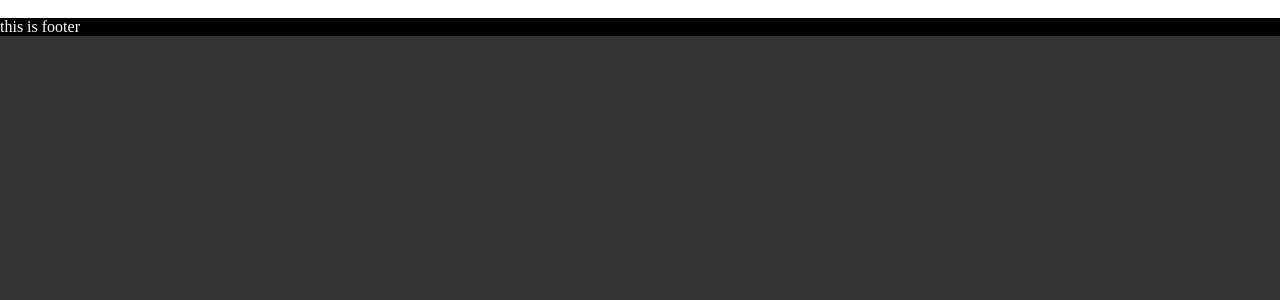
Repository: ksbsh27/multi_lingual
Page: index.html
The author's editor kept a copy of each file at every save. The page is drawn from the files as they stood at one save, then again after a run of saves.
The browser window is 1280 px wide. The pictures show the whole page.
The style sheet was rebuilt from its Sass, Less or Tailwind sources for each picture, by a compiler version that may differ from the author's.

Above is the page before, as saved 2022-03-31 20:41:14.

After the next 3 saves:
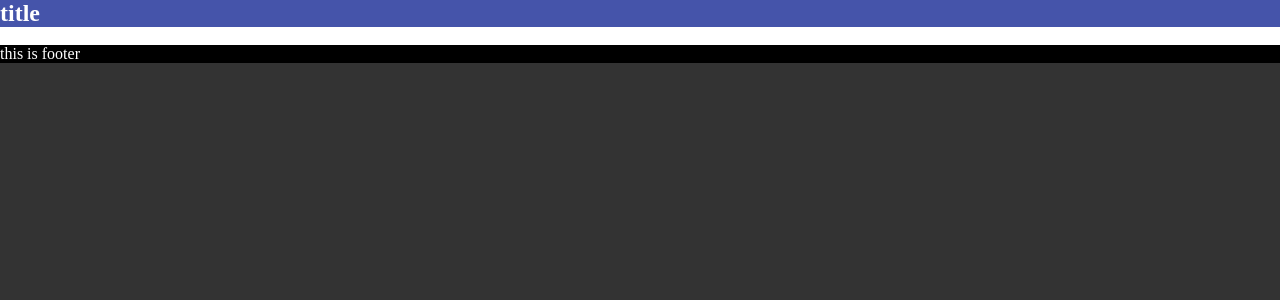
The 3 saves are shown as one change because they came seconds apart.
The last was saved 8 s later.
--- a/index.html
+++ b/index.html
@@ -10,7 +10,7 @@
 <body>
     <header>
         <nav>
-
+            <h1>title</h1>
         </nav>
     </header>
     <section>
